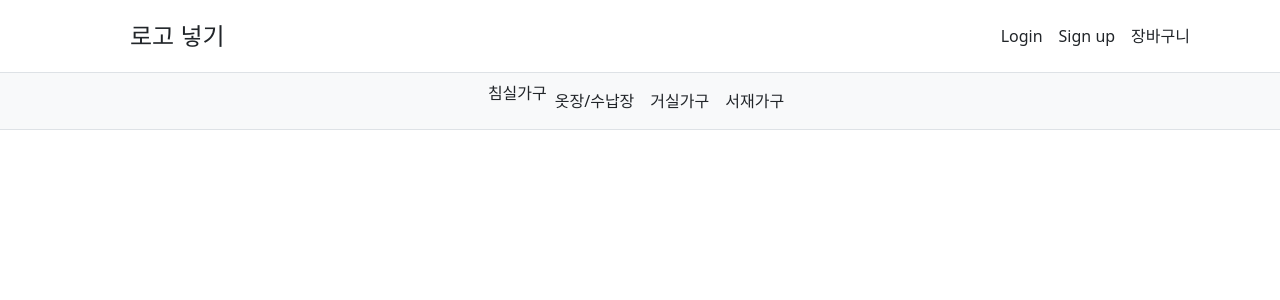
Repository: raoniee/Elice-House-Project
Page: FE/src/components/header/header.html
These files come from the project's save history. The page is drawn as it stood at one moment and after the next save; the edit follows.
The browser window is 1280 px wide. The pictures show the whole page.

Above is the page before, as saved 2023-07-04 16:21:48.

After the next save:
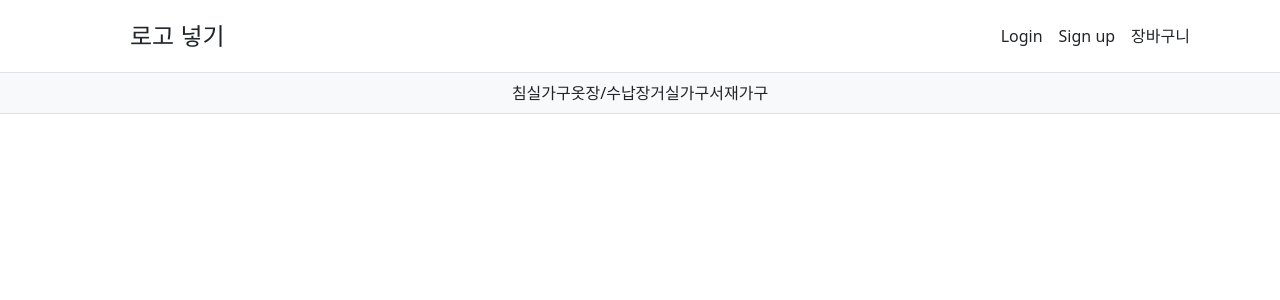
Saved 56 s later.
--- a/FE/src/components/header/header.html
+++ b/FE/src/components/header/header.html
@@ -59,13 +59,55 @@
             </div>
           </li>
           <li class="nav-item">
-            <a href="#" class="nav-link link-dark px-2">옷장/수납장</a>
+            <div class="dropdown text-end">
+              <a
+                href="#"
+                class="d-block link-dark text-decoration-none"
+                data-bs-toggle="dropdown"
+                aria-expanded="false"
+                >옷장/수납장
+              </a>
+              <ul class="dropdown-menu text-small">
+                <li><a class="dropdown-item" href="#">침대</a></li>
+                <li><a class="dropdown-item" href="#">매트리스/토퍼</a></li>
+                <li><a class="dropdown-item" href="#">화장대/콘솔/거울</a></li>
+                <li><a class="dropdown-item" href="#">서랍장/협탁</a></li>
+              </ul>
+            </div>
           </li>
           <li class="nav-item">
-            <a href="#" class="nav-link link-dark px-2">거실가구</a>
+            <div class="dropdown text-end">
+              <a
+                href="#"
+                class="d-block link-dark text-decoration-none"
+                data-bs-toggle="dropdown"
+                aria-expanded="false"
+                >거실가구
+              </a>
+              <ul class="dropdown-menu text-small">
+                <li><a class="dropdown-item" href="#">침대</a></li>
+                <li><a class="dropdown-item" href="#">매트리스/토퍼</a></li>
+                <li><a class="dropdown-item" href="#">화장대/콘솔/거울</a></li>
+                <li><a class="dropdown-item" href="#">서랍장/협탁</a></li>
+              </ul>
+            </div>
           </li>
           <li class="nav-item">
-            <a href="#" class="nav-link link-dark px-2">서재가구</a>
+            <div class="dropdown text-end">
+              <a
+                href="#"
+                class="d-block link-dark text-decoration-none"
+                data-bs-toggle="dropdown"
+                aria-expanded="false"
+                >서재가구
+              </a>
+              <ul class="dropdown-menu text-small">
+                <li><a class="dropdown-item" href="#">침대</a></li>
+                <li><a class="dropdown-item" href="#">매트리스/토퍼</a></li>
+                <li><a class="dropdown-item" href="#">화장대/콘솔/거울</a></li>
+                <li><a class="dropdown-item" href="#">서랍장/협탁</a></li>
+              </ul>
+            </div>
           </li>
         </ul>
       </div>
